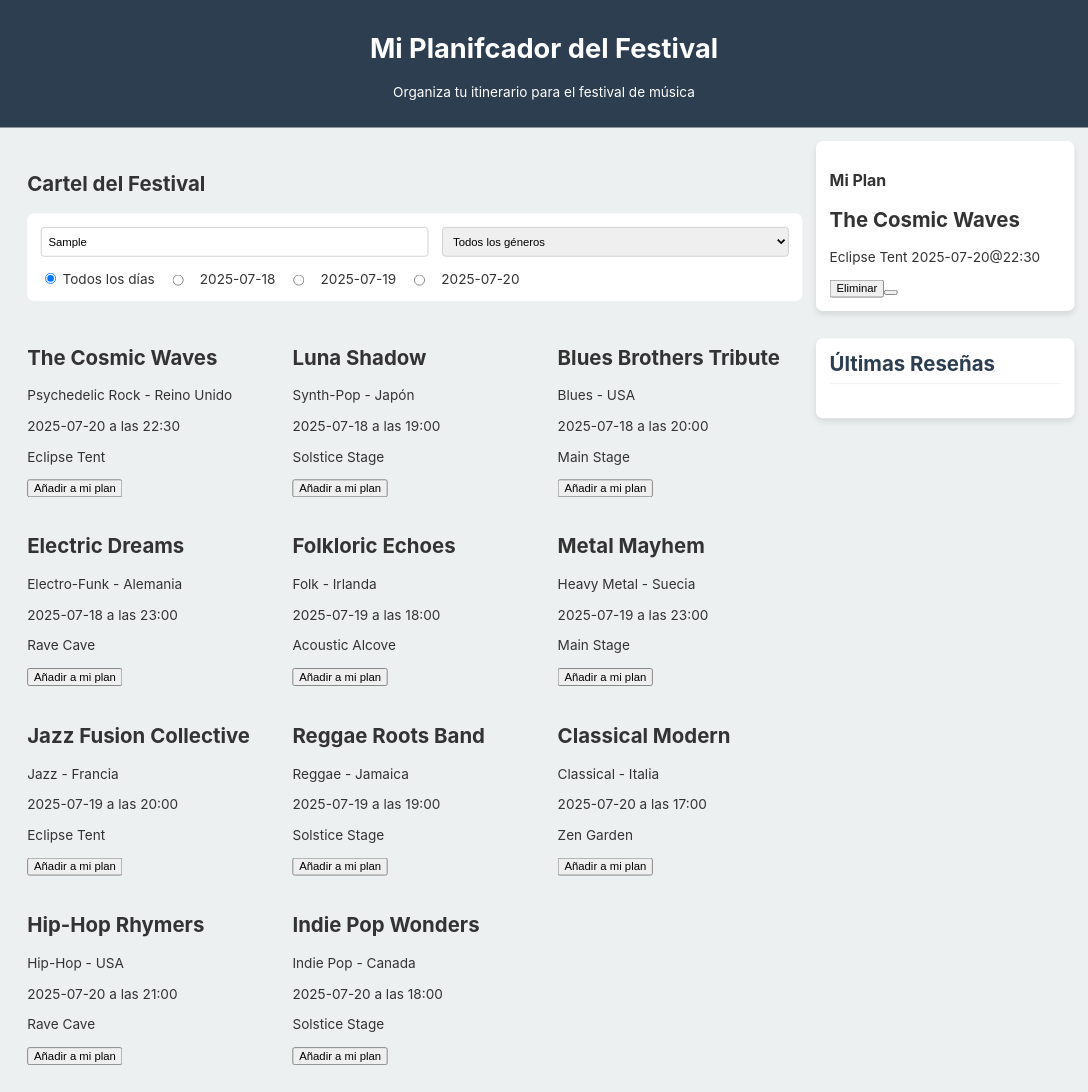
Repository: covaa15/DWEC
Page: Examen12_12_2025/index.html
An editor plug-in stored every save of this project. The page is shown before and after the next save, followed by the edit.
The browser window is 1280 px wide. The pictures show the whole page, at 85% of full size.
Empty fields were first filled with sample values (such as "Sample", 5 or name@example.com).
After loading, the first visible `#a1` was clicked once.

Above is the page before, as saved 2025-12-12 13:41:32.

After the next save:
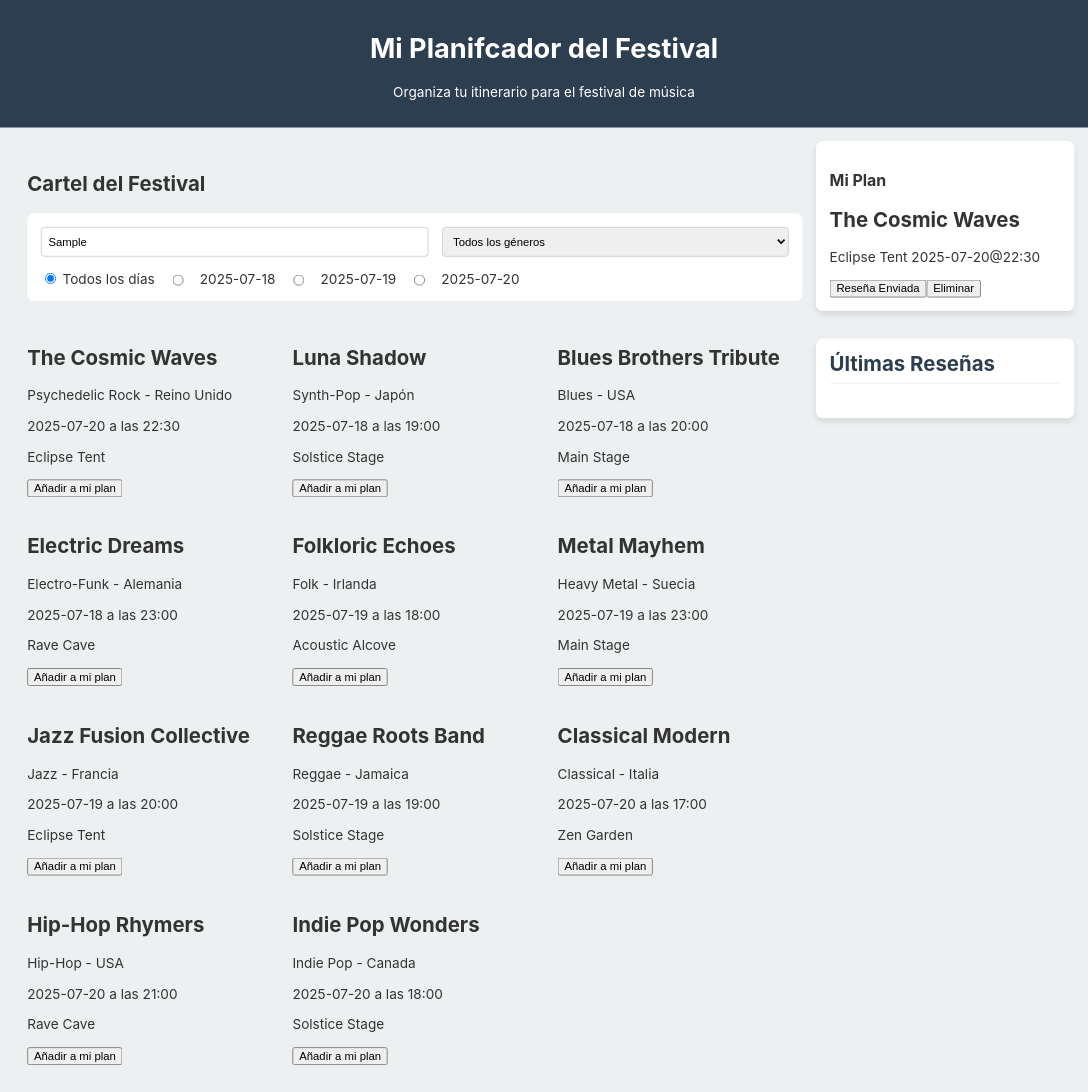
Saved 23 s later.
--- a/Examen12_12_2025/js/main.js
+++ b/Examen12_12_2025/js/main.js
@@ -184,7 +184,7 @@ function activarBotones(){
             botonReseña.className="reseña";
 
             const botonEliminar=document.createElement('button');
-            botonReseña.textContent="Eliminar";
+            botonEliminar.textContent="Eliminar";
             botonEliminar.id=artista.id;
             botonEliminar.className="eliminar";
 
